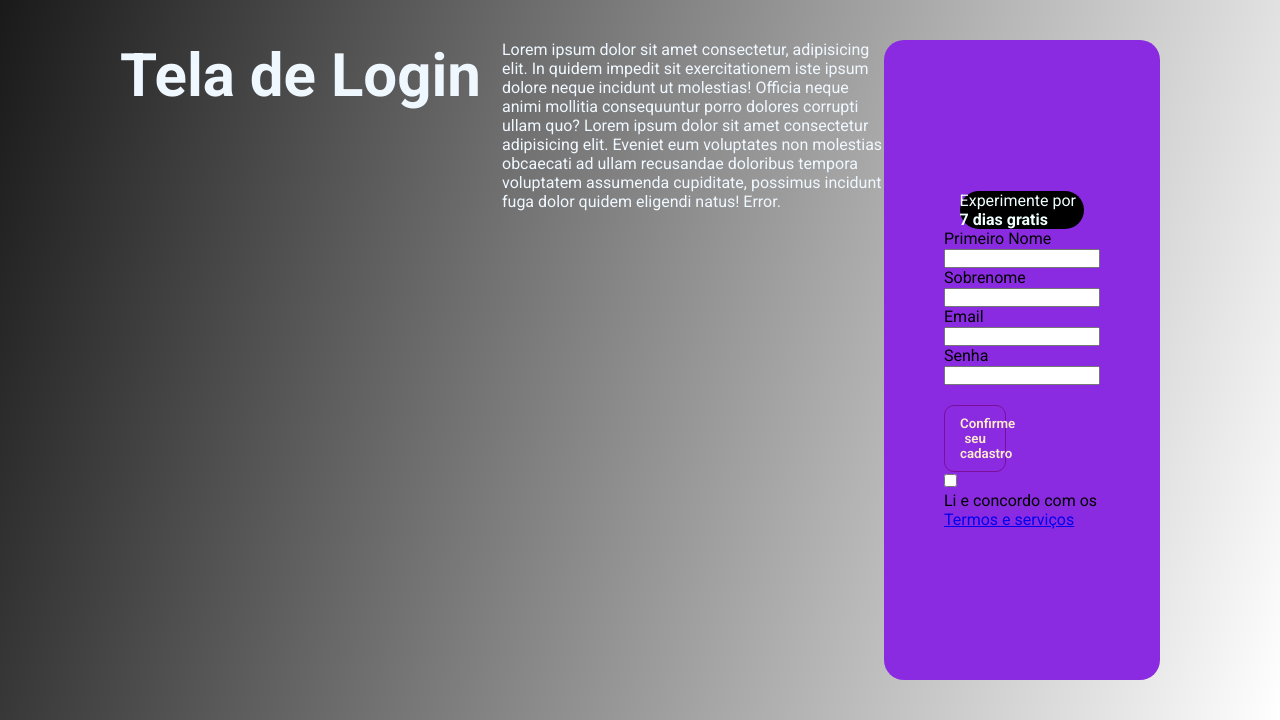
Repository: gimoli/tela-login
Page: index.html
The author's editor kept a copy of each file at every save. The page is drawn from the files as they stood at one save, then again after a run of saves.
The browser window is 1280 px wide. The pictures show the whole page.

Above is the page before, as saved 2025-04-16 21:57:28.

### index.html
<!DOCTYPE html>
<html lang="pt-br">
<head>
    <meta charset="UTF-8">
    <meta name="viewport" content="width=device-width, initial-scale=1.0">
    <title>Document</title>
    <link rel="stylesheet" href="style.css">
    <link rel="preconnect" href="https://fonts.googleapis.com">
<link rel="preconnect" href="https://fonts.gstatic.com" crossorigin>
<link href="https://fonts.googleapis.com/css2?family=Roboto:ital,wght@0,100..900;1,100..900&display=swap" rel="stylesheet">
</head>
<body>
    <main>
            <div class="container-left">
                <h1>Tela de Login</h1>
                <p>Lorem ipsum dolor sit amet consectetur, adipisicing elit. In quidem impedit sit exercitationem iste ipsum dolore neque incidunt ut molestias!
                     Officia neque animi mollitia consequuntur porro dolores corrupti ullam quo? Lorem ipsum dolor sit amet consectetur adipisicing elit.
                     Eveniet eum voluptates non molestias obcaecati ad ullam recusandae doloribus tempora voluptatem assumenda cupiditate,
                      possimus incidunt fuga dolor quidem eligendi natus! Error.</p>
            </div>

            <div class="container-right">
               <a href="a" class="teste-gratis">
                  <p>Experimente por <b>7 dias gratis</b></p>
                  </a>

                  <div class="forms">
                    <form>
                        <div>
                            <label for="name">
                                <p>Primeiro Nome</p>
                                <input id="name" type="text" />
                            </label>
                        </div>

                        <div>
                            <label for="lastname">
                                <p>Sobrenome</p>
                                <input id="lastname" type="text" />
                            </label>
                        </div>

                        <div>
                            <label>
                                <p>Email</p>
                                <input id="email" type="email" />
                            </label>
                        </div>

                        <div>
                            <label>
                                <p>Senha</p>
                                <input id="password" type="password" />
                            </label>
                        </div>

                        <button type="submit">
                            <p>Confirme seu cadastro</p>
                        </button>

                        <div>
                            <input type="checkbox">
                            <p> Li e concordo com os <a href="a"> Termos e serviços</a> </p>
                        </div>

                    </form>
                </div>
            </div>
    </main>
</body>
</html>

### style.css
* {
    margin: 0;
    padding: 0;
    box-sizing: border-box;
    font-family: "Roboto", sans-serif;
}

main {
    display: flex;
    background-image: url("assets/um-fundo-roxo-e-azul-com-um-fundo-roxo.avif") no-repeat center center;
    background-size: cover;
    position: relative;
    height: 100vh;
    z-index: 0;
    padding: 40px 120px;

    &::after{
        content: "";
        background: linear-gradient(105deg, black 0%, rgba(0, 0, 0, 0) 100%);
        position: absolute;
        top: 0;
        left: 0;
        opacity: 0.9;
        width: 100%;
        height: 100%;
        z-index: -1;
    }
}

.container-left {
    color: aliceblue;
    display: flex;
    justify-content: ;
}

.container-left h1{
    width: 80%;
text-align: left;
font-size: 60px;

}

.container-left p {
    width: 80%;
}

.container-right {
   display: flex;
   background-color: blueviolet;
   flex-direction: column;
   justify-content: center;
   align-items: center;
   padding: 0 60px;
   border-radius: 20px;
   width: 50%;
}

.teste-gratis {
    display: flex;
    justify-content:center;
    align-items: center;
   width: 80%;
    background-color: rgb(0, 0, 0);
    color: azure;
    text-decoration: none;
    border-radius: 20px;
}

.forms {
    display: flex;
    justify-content: center;
}

.forms form{
    gap: 10px;
}

.forms button{
    cursor: pointer;
    margin-top: 20px;
    border-radius: 10px;
    padding: 10px 15px;
    background-color: blueviolet;
    color: blanchedalmond;
    width: 40%;
    align-self: center;
    border: 0.5px solid rgb(123, 15, 153);
    font-weight: 600;

    &:active {
        transform: scale(0.9);
        background-color: rgb(67, 8, 66);
    }

}

.terms {
    display: flex;
    justify-content: center;
    gap: 5px;
}

After the next 11 saves:
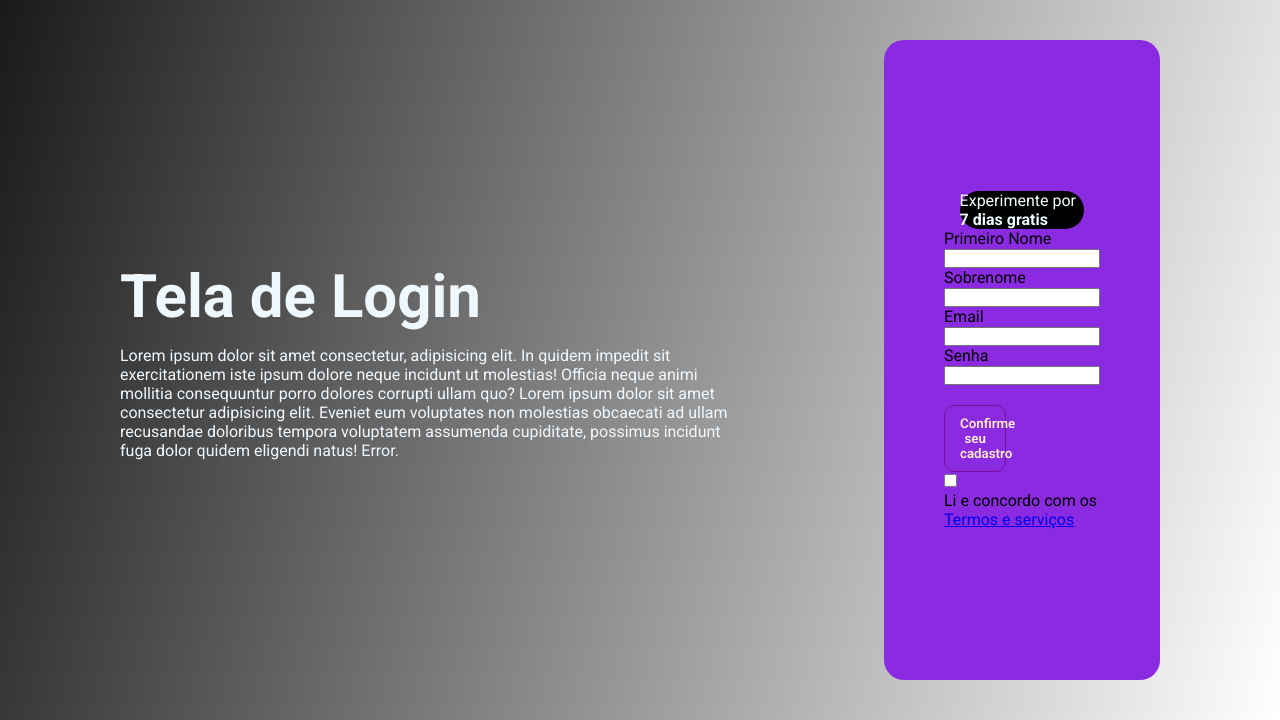
The 11 saves are shown as one change because they came seconds apart.
The last was saved 24 s later.
--- a/style.css
+++ b/style.css
@@ -30,7 +30,9 @@ main {
 .container-left {
     color: aliceblue;
     display: flex;
-    justify-content: ;
+    justify-content: center;
+    flex-direction: column;
+    gap: 14px;
 }
 
 .container-left h1{
